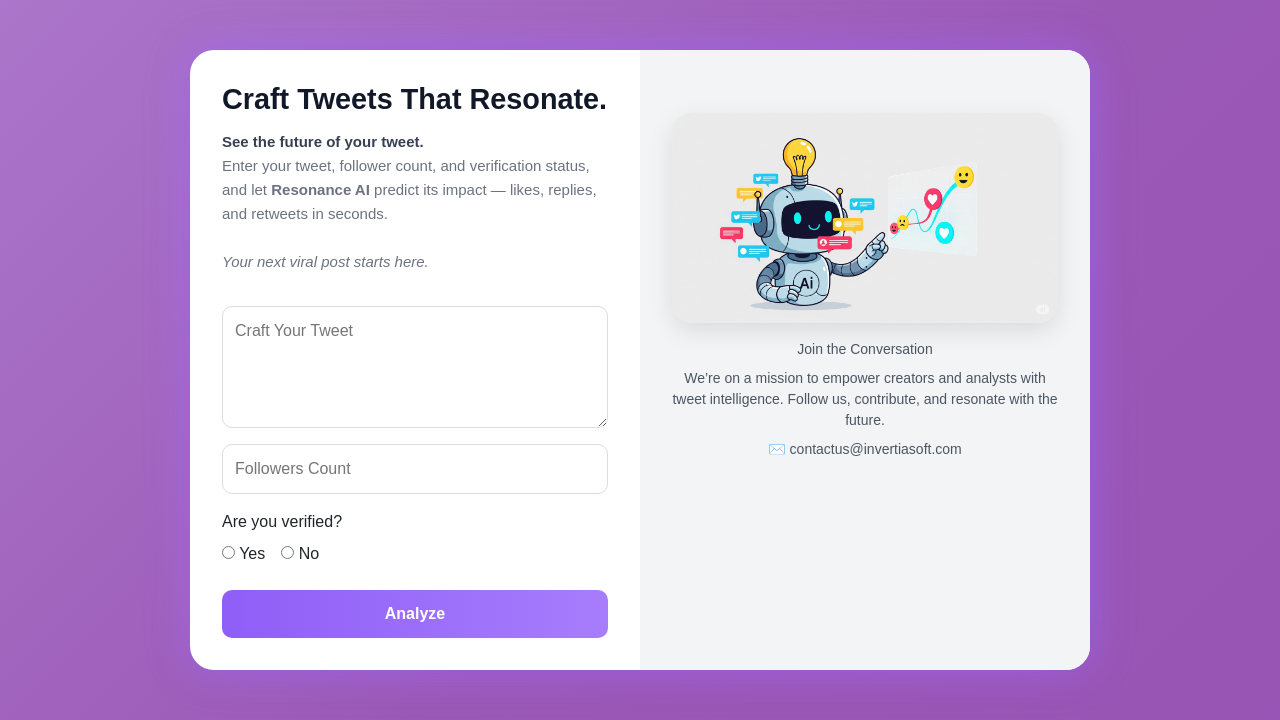
Repository: TannisthaBiswas/ResonanceFrontend
Page: /form
These files come from the project's save history. The page is drawn as it stood at one moment and after the next save; the edit follows.
The browser window is 1280 px wide. The pictures show the whole page.
The project was rebuilt for these pictures with package versions that can differ from the ones it lists, and the page was loaded fresh each time. Some packages were replaced by stand-ins written for this rebuild. Also part of the build but not shown: src/pages/HomePage.js, src/pages/LoadingPage.js, src/pages/ResultPage.js.

Above is the page before, as saved 2025-06-14 21:28:33.

After the next save:
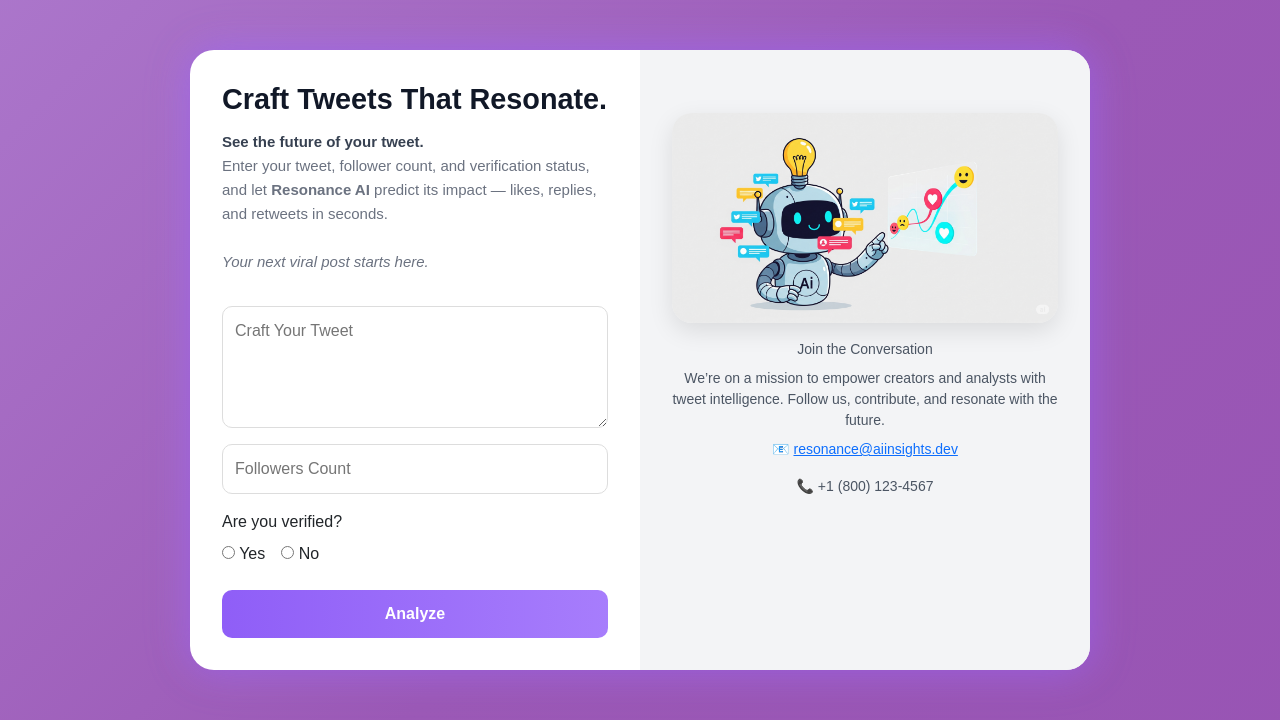
Saved 34 s later.
--- a/src/pages/FormPage.js
+++ b/src/pages/FormPage.js
@@ -224,7 +224,9 @@ const FormPage = () => {
 Follow us, contribute, and resonate with the future.
 
 </p>
-            <p>✉️ contactus@invertiasoft.com</p>
+            <p>📧 <a href="mailto:resonance@aiinsights.dev">resonance@aiinsights.dev</a></p>
+<p>📞 +1 (800) 123-4567</p>
+
           </div>
         </motion.div>
       </motion.div>
